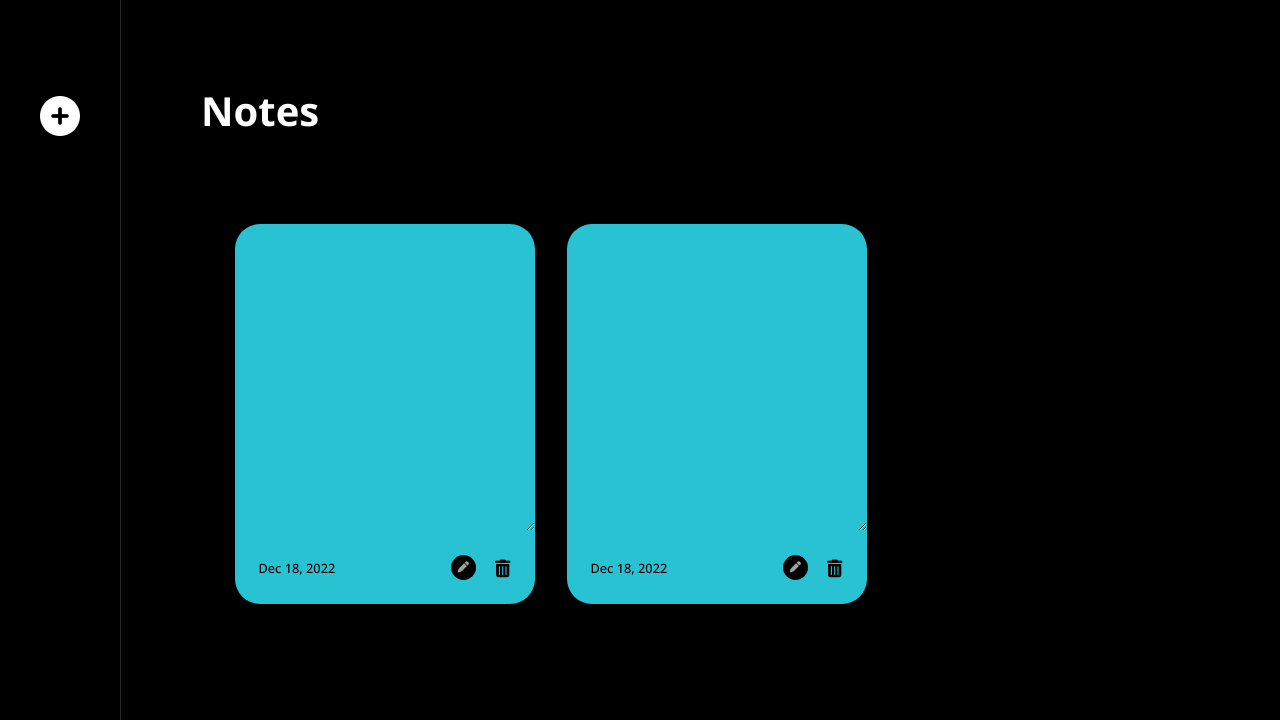
Repository: emiliaiwu/notes_app
Page: index.html
The author's editor kept a copy of each file at every save. The page is drawn from the files as they stood at one save, then again after the next save.
The browser window is 1280 px wide. The pictures show the whole page.
An inner scrolling area shows only its first screen. Some web libraries are served in a nearby version.

Above is the page before, as saved 2022-12-21 01:01:21.

### index.html
<!DOCTYPE html>
<html lang="en">
<head>
    <meta charset="UTF-8">
    <meta http-equiv="X-UA-Compatible" content="IE=edge">
    <meta name="viewport" content="width=device-width, initial-scale=1.0">
    <script src="https://kit.fontawesome.com/fd9c36575f.js" crossorigin="anonymous"></script>
    <link rel="stylesheet" href="style.css">
    <script src="script.js" defer></script>
    <title>Notes App</title>
</head>
<body>
    <div class="container">
        <div class="add_colors">
            <div class="add_color"><i class="fa-solid fa-circle-plus"></i></div>
            <ul class="note_colors">
                <li  style = "--i: 1; background-color: #F66B6B;" class="note_color c1"></li>
                <li  style = "--i: 2; background-color: #a659ff;" class="note_color c2"></li>
                <li  style = "--i: 3; background-color: #EA9231;" class="note_color c3"></li>
                <li  style = "--i: 4; background-color: #29C2D3;" class="note_color c4"></li>
                <li  style = "--i: 5; background-color: #ef58ce;" class="note_color c5"></li>
                <li  style = "--i: 6; background-color: #F7FC6C;" class="note_color c6"></li>
            </ul>
        </div>
        <div class="notes_container">
            <div class="header">
                <h1>Notes</h1>
                <div class="toggle_mode">
                    <i class="fa-solid fa-moon"></i>
                    <i class="fa-solid fa-sun"></i>
                </div>
            </div>

            <div class="notes">
                <!-- <!-- <div class="note addNote">
                    <textarea class="textarea">Lorem ipsum, dolor sit amet consectetur adipisicing elit. Amet voluptas incidunt id voluptatibus dicta excepturi officiis error maxime fuga numquam!
                    </textarea>
                    <div class="footer close">
                        <div class="date">Dec 18, 2022</div>
                        <div class="edit_delete">
                           <div class="edit"><i class="fa-solid fa-pen"></i></div>
                           <div class="delete"><i class="fa-solid fa-trash-can"></i></div>
                        </div>
                    </div>
                    <ul class="footer open">
                        <li class="bold"><span>Bold</span><i class="fa-solid fa-bold"></i></li>
                        <li class="italic"><span>Italic</span><i class="fa-solid fa-italic"></i></li>
                        <li class="underline"><span>Underline</span><i class="fa-solid fa-underline"></i></li>
                        <li class="strikethrough"><span>strikethrough</span><i class="fa-solid fa-strikethrough"></i></li>
                        <li class="toggleBtn"><span>Toggle List</span><i class="fa-solid fa-list-ul"></i></li>
                        <li class="add_image"><span>Add Image</span><i class="fa-solid fa-image"></i></li>
                    </ul>

                </div> -->

                <div class="note addNote">
                    <textarea class="textarea"></textarea>
                    <div class="footer close">
                        <div class="date">Dec 18, 2022</div>
                        <div class="edit_delete">
                           <div class="edit"><i class="fa-solid fa-pen"></i></div>
                           <div class="delete"><i class="fa-solid fa-trash-can"></i></div>
                        </div>
                    </div>
                    <ul class="footer open">
                        <li class="bold"><span>Bold</span><i class="fa-solid fa-bold"></i></li>
                        <li class="italic"><span>Italic</span><i class="fa-solid fa-italic"></i></li>
                        <li class="underline"><span>Underline</span><i class="fa-solid fa-underline"></i></li>
                        <li class="strikethrough"><span>strikethrough</span><i class="fa-solid fa-strikethrough"></i></li>
                        <li class="toggleBtn"><span>Toggle List</span><i class="fa-solid fa-list-ul"></i></li>
                        <li class="add_image"><span>Add Image</span><i class="fa-solid fa-image"></i></li>
                    </ul>

                </div>

                <div class="note addNote">
                    <textarea class="textarea"></textarea>
                    <div class="footer close">
                        <div class="date">Dec 18, 2022</div>
                        <div class="edit_delete">
                           <div class="edit"><i class="fa-solid fa-pen"></i></div>
                           <div class="delete"><i class="fa-solid fa-trash-can"></i></div>
                        </div>
                    </div>
                    <ul class="footer open">
                        <li class="bold"><span>Bold</span><i class="fa-solid fa-bold"></i></li>
                        <li class="italic"><span>Italic</span><i class="fa-solid fa-italic"></i></li>
                        <li class="underline"><span>Underline</span><i class="fa-solid fa-underline"></i></li>
                        <li class="strikethrough"><span>strikethrough</span><i class="fa-solid fa-strikethrough"></i></li>
                        <li class="toggleBtn"><span>Toggle List</span><i class="fa-solid fa-list-ul"></i></li>
                        <li class="add_image"><span>Add Image</span><i class="fa-solid fa-image"></i></li>
                    </ul>

                </div>






            </div>
        </div>




    </div>

</body>
</html>

### style.css
@import url('https://fonts.googleapis.com/css2?family=Open+Sans:wght@300;400;500;700&display=swap');


* {
    margin: 0;
    padding: 0;
    box-sizing: border-box;
    list-style-type: none;

}

body {
    font-family: 'Open Sans', sans-serif;
    width: 100vw;
    height: 100vh;
    background-color: #000;
    color: #fff;

}

h1 {
    font-size: 2.5rem;
    margin-bottom: 4rem;
    color: #fff;
}

.container {
    display: flex;
    width: 100%;
    height: 100%;
    gap: 2rem;
}

.add_colors {
    border-right: 1px solid rgba(255, 255, 255, 0.15);
    min-height: 100vh;
    display: flex;
    flex-direction: column;
    align-items: center;
    padding: 6rem 2.5rem;

}

.note_color {
    width: 25px;
    height: 25px;
    border-radius: 50%;
    margin-bottom: 1rem;
    cursor: pointer;
    transform: translateY(calc(var(--i) * -50px));
    display: none;
    transition: all .3s ease;
}

.fa-circle-plus {
    font-size: 2.5rem;
    margin-bottom: 2rem;
    cursor: pointer;
    transition: 0.3s ease-in-out;

}

.fa-circle-plus:hover {
    transform: scale(1.2);
}








/* NOTES CONTAINER */

.notes_container {
    padding: 5.2rem 3rem;
    height: 100%;
    overflow-y: scroll;
    width: 100%;
    color: #000;
}

.notes {
    display: grid;
    grid-template-columns: repeat(3, 300px);
    grid-template-rows: repeat(3, 380px);
   justify-content: center;
    gap: 2rem;
    width: 100%;
}

.note {
    display: flex;
    flex-direction: column;
    justify-content: space-between;
    align-items: flex-start;
    background-color: #29C2D3;
    padding-top: 1.5rem;
    border-radius: 25px;
     width: 100%;
}


.footer {
    display: flex;
    justify-content: space-between;
    width: 100%;
    padding: 1rem 1.5rem;
}


.edit_delete,
.edit {
    display: flex;
    align-items: center;
}

.edit_delete {
    gap: 1.2rem;
    justify-content: space-between;
}

.edit {
    background-color: #000;
    width: 25px;
    height: 25px;
    border-radius: 50%;
    color: rgb(161, 159, 159);
    justify-content: center;
    cursor: pointer;
}

.edit .fa-pen {
    font-size: .7rem;
}

.edit:hover {
    color: #fff;
    transition: .15s ease;
}


.delete {
    font-size: 1.1rem;
    cursor: pointer;
     transition: .2s ease;
}

.delete:hover {
    transform: scale(1.1);
    transition: .2s ease;
}

.date {
    font-weight: 500;
}


.footer.open {
    display: flex;
    align-items: flex-start;
    border-top: 1px solid rgba(0, 0, 0, 0.178);;
    width: 100%;
    padding-top: .5rem;
}

.notes li i {
    font-size: 1rem;
    padding: .6rem;
    cursor: pointer;
}

ul li i:hover {
    background-color: rgba(55, 55, 55, 0.107);
}

.notes li {
    position: relative;
}

.notes li span {
    font-family: inherit;
    font-size: .8rem;
    background-color: rgb(9, 9, 9);
    position: absolute;
    color: #fff;
    top: -120%;
    padding: .5rem;
    border-radius: 10px;
    opacity: 0;
}



.bold:hover span {
    opacity: 1;
    transition: 0.5s ease;
    right: -20%;

}

.italic:hover span {
    opacity: 1;
    transition: 0.5s ease;
     right: -20%;

}

.underline:hover span {
    opacity: 1;
    transition: 0.5s ease;
     right: -80%;

}


.strikethrough:hover span {
    opacity: 1;
    transition: 0.5s ease;
     right: -80%;

}


.toggleBtn:hover span {
    opacity: 1;
    transition: 0.5s ease;
   left: -80%;
    right: -80%;
}

.add_image:hover span {
    opacity: 1;
    transition: 0.5s ease;
    left: -80%;
    right: -50%;

}


/* ADDCARD ANIMATION */

.addNote {
    animation: addNote 0.5s linear;
}

@keyframes addNote {
    0% {transform: translate(-100%, -100%) scale(0.02);}
    50% {transform: translate(-20%, -70%) scale(0.06);}
    100% {transform: translate(0, 0) scale(1);}

}


/* OPEN AND CLOSE FUNCTIONALITY */
.footer.open {

    display: none;
}

.close {
    padding-bottom: 1.5rem;
    align-items: center;
    font-size: .8rem;
    /* display: none; */
}

textarea {
    width: 100%;
    height: 100%;
    background: none;
    outline: none;
    border: none;
    font-family: inherit;
    font-size: .95rem;
    margin-bottom: .5rem;
    line-height: 1.3;
    text-align: left;
    padding: .5rem 1.5rem .5rem 1.5rem;
    word-wrap: break-word;

}

textarea::-webkit-scrollbar {
    width: 1em;
}

textarea::-webkit-scrollbar-track {
    -webkit-box-shadow: inset 0 0 6px rgba(0,0,0,0.3);
}

textarea::-webkit-scrollbar-thumb {
  background-color: rgb(203, 203, 203);
  outline: none;
}

### script.js
'use strict';

const cardColorsContainer = document.querySelector('.add_colors');
const addColorBtn = document.querySelector('.add_color');
const noteColors = cardColorsContainer.querySelectorAll('.note_color');
const noteContainer = document.querySelector('.notes');
const deleteBtn = document.querySelector('.delete');
const editBtn = document.querySelector('.edit');



// ADD COLORS
addColorBtn.addEventListener("click", () => {
    noteColors.forEach((noteColor, i) => {
        console.log(i);
        setTimeout(function () {
            noteColor.style.transform = 'translate(0px)';
            noteColor.style.display = 'block';
        }, 80 * i);
    })
});


// ADD NOTE

const addNote = () => {
    noteColors.forEach((noteColor) => {
        noteColor.addEventListener('click', () => {
            let color = noteColor.style.backgroundColor;
            const note = document.createElement('div');
            note.classList.add('note', 'addNote');
            note.innerHTML = `
                    <textarea class="textarea"></textarea>
                    <div class="footer close">
                        <div class="date">Today</div>
                        <div class="edit_delete">
                            <div class="edit"><i class="fa-solid fa-pen"></i></div>
                            <div class="delete"><i class="fa-solid fa-trash-can"></i></div>
                        </div>
                    </div>
                    <ul class="footer open">
                        <li class="bold"><span>Bold</span><i class="fa-solid fa-bold"></i></li>
                        <li class="italic"><span>Italic</span><i class="fa-solid fa-italic"></i></li>
                        <li class="underline"><span>Underline</span><i class="fa-solid fa-underline"></i></li>
                        <li class="strikethrough"><span>strikethrough</span><i class="fa-solid fa-strikethrough"></i></li>
                        <li class="toggleBtn"><span>Toggle List</span><i class="fa-solid fa-list-ul"></i></li>
                        <li class="add_image"><span>Add Image</span><i class="fa-solid fa-image"></i></li>
                    </ul>`;
            note.style.backgroundColor = color;
            noteContainer.prepend(note);
            console.log('/////');
        });
	});
}

addNote();








const deleteNote = () => {

}

After the next save:
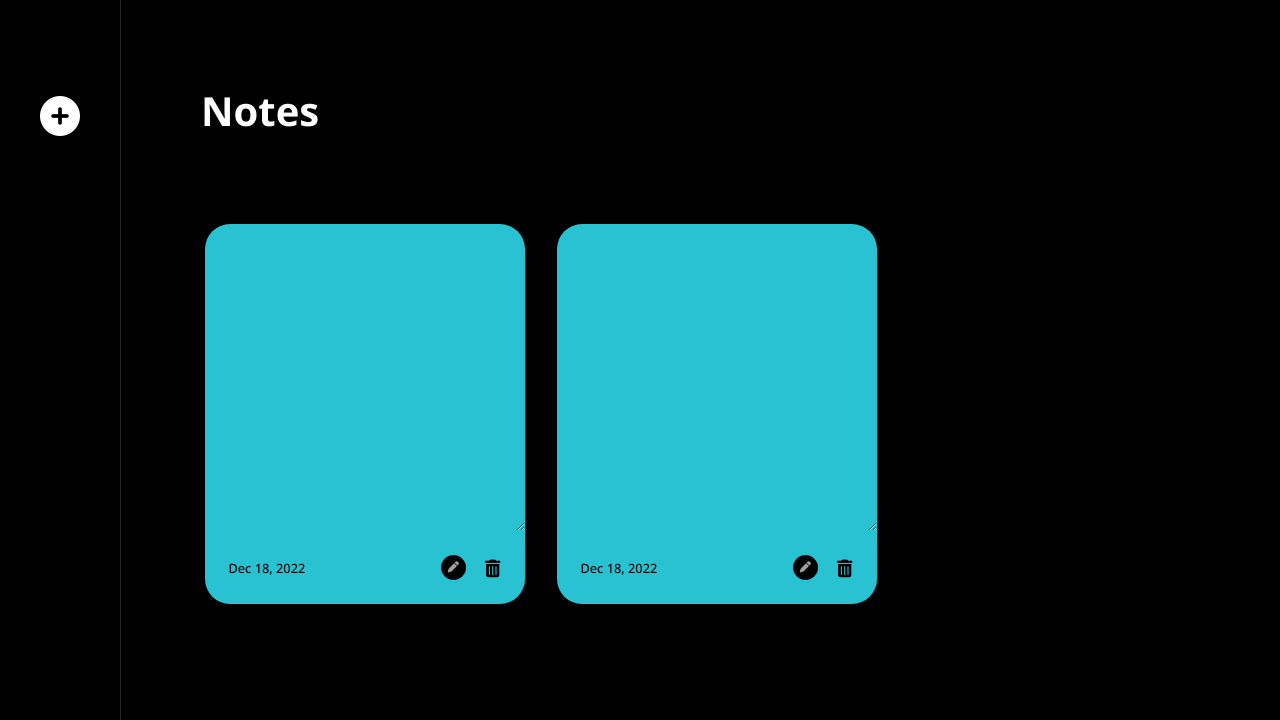
Saved 11 s later.
--- a/style.css
+++ b/style.css
@@ -83,7 +83,7 @@ h1 {
 
 .notes {
     display: grid;
-    grid-template-columns: repeat(3, 300px);
+    grid-template-columns: repeat(3, 320px);
     grid-template-rows: repeat(3, 380px);
    justify-content: center;
     gap: 2rem;
